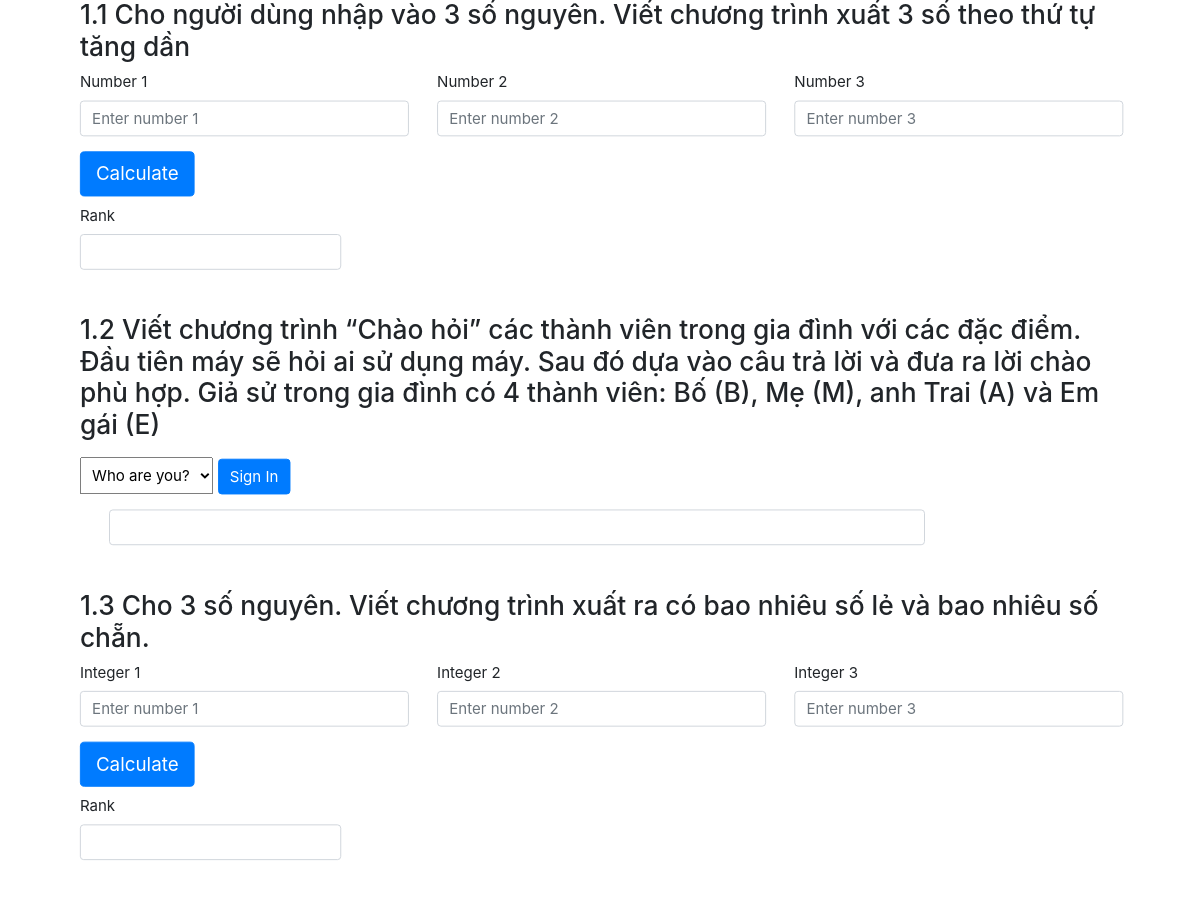
Repository: baobaodeveloper/bootscamp21__jsbasic__HuynhAnhBao
Page: index.html
The author's editor kept a copy of each file at every save. The page is drawn from the files as they stood at one save, then again after the next save.
The browser window is 1280 px wide. The pictures show the whole page, at 94% of full size.

Above is the page before, as saved 2022-03-10 18:49:33.

### index.html
<!DOCTYPE html>
<html lang="en">
  <head>
    <title>javaScript basic</title>
    <!-- Required meta tags -->
    <meta charset="utf-8" />
    <meta
      name="viewport"
      content="width=device-width, initial-scale=1, shrink-to-fit=no"
    />

    <!-- Bootstrap CSS -->
    <link
      rel="stylesheet"
      href="https://stackpath.bootstrapcdn.com/bootstrap/4.3.1/css/bootstrap.min.css"
      integrity="sha384-ggOyR0iXCbMQv3Xipma34MD+dH/1fQ784/j6cY/iJTQUOhcWr7x9JvoRxT2MZw1T"
      crossorigin="anonymous"
    />
  </head>
  <body>
    <!-- Cho người dùng nhập vào 3 số nguyên. Viết chương trình xuất 3 số theo thứ tự tăng dần -->
    <div class="container mb-xl-5">
      <h3>
        1.1 Cho người dùng nhập vào 3 số nguyên. Viết chương trình xuất 3 số
        theo thứ tự tăng dần
      </h3>

      <div class="row">
        <div class="col">
          <label class="form-label">Number 1</label>
          <input
            type="text"
            class="form-control num1"
            placeholder="Enter number 1"
          />
        </div>
        <div class="col">
          <label class="form-label">Number 2</label>
          <input
            type="number"
            class="form-control num2"
            placeholder="Enter number 2"
          />
        </div>
        <div class="col">
          <label class="form-label">Number 3</label>
          <input
            type="number"
            class="form-control num3"
            placeholder="Enter number 3"
          />
        </div>
      </div>

      <button type="button " class="btn btn-primary btn-lg mt-3 mb-2 btn-rank">
        Calculate
      </button>

      <div class="mt-3 m-auto">
        <label class="form-label">Rank</label>
        <input type="text" class="form-control w-25 result1" />
      </div>
    </div>

    <!-- Viết chương trình “Chào hỏi” các thành viên trong gia đình với các đặc điểm. Đầu tiên máy
    sẽ hỏi ai sử dụng máy. Sau đó dựa vào câu trả lời và đưa ra lời chào phù hợp. Giả sử trong
    gia đình có 4 thành viên: Bố (B), Mẹ (M), anh Trai (A) và Em gái (E) -->
    <div class="container mb-5">
      <h3 class="mb-3">
        1.2 Viết chương trình “Chào hỏi” các thành viên trong gia đình với các
        đặc điểm. Đầu tiên máy sẽ hỏi ai sử dụng máy. Sau đó dựa vào câu trả lời
        và đưa ra lời chào phù hợp. Giả sử trong gia đình có 4 thành viên: Bố
        (B), Mẹ (M), anh Trai (A) và Em gái (E)
      </h3>

      <select class="form-select p-2" aria-label="Default select example">
        <option selected>Who are you?</option>
        <option value="M">M</option>
        <option value="B">B</option>
        <option value="A">A</option>
        <option value="E">E</option>
      </select>

      <button type="button" class="btn btn-primary btn-sign-in">Sign In</button>

      <div class="m-3 row">
        <div class="col-sm-10">
          <input
            type="text"
            class="form-control output-sign-in"
            id="inputPassword"
          />
        </div>
      </div>
    </div>

    <!--  1.3 Cho 3 số nguyên. Viết chương trình xuất ra có bao nhiêu số lẻ và bao nhiêu số chẵn.-->
    <div class="container mb-xl-5">
      <h3>
        1.3 Cho 3 số nguyên. Viết chương trình xuất ra có bao nhiêu số lẻ và bao
        nhiêu số chẵn.
      </h3>

      <div class="row">
        <div class="col">
          <label class="form-label">Integer 1</label>
          <input
            type="text"
            class="form-control num1"
            placeholder="Enter number 1"
          />
        </div>
        <div class="col">
          <label class="form-label">Integer 2</label>
          <input
            type="number"
            class="form-control num2"
            placeholder="Enter number 2"
          />
        </div>
        <div class="col">
          <label class="form-label">Integer 3</label>
          <input
            type="number"
            class="form-control num3"
            placeholder="Enter number 3"
          />
        </div>
      </div>

      <button type="button " class="btn btn-primary btn-lg mt-3 mb-2 btn-rank">
        Calculate
      </button>

      <div class="mt-3 m-auto">
        <label class="form-label">Rank</label>
        <input type="text" class="form-control w-25 result1" />
      </div>
    </div>

    <!-- Optional JavaScript -->
    <!-- jQuery first, then Popper.js, then Bootstrap JS -->
    <script
      src="https://code.jquery.com/jquery-3.3.1.slim.min.js"
      integrity="sha384-q8i/X+965DzO0rT7abK41JStQIAqVgRVzpbzo5smXKp4YfRvH+8abtTE1Pi6jizo"
      crossorigin="anonymous"
    ></script>
    <script
      src="https://cdnjs.cloudflare.com/ajax/libs/popper.js/1.14.7/umd/popper.min.js"
      integrity="sha384-UO2eT0CpHqdSJQ6hJty5KVphtPhzWj9WO1clHTMGa3JDZwrnQq4sF86dIHNDz0W1"
      crossorigin="anonymous"
    ></script>
    <script
      src="https://stackpath.bootstrapcdn.com/bootstrap/4.3.1/js/bootstrap.min.js"
      integrity="sha384-JjSmVgyd0p3pXB1rRibZUAYoIIy6OrQ6VrjIEaFf/nJGzIxFDsf4x0xIM+B07jRM"
      crossorigin="anonymous"
    ></script>

    <!-- <script src="exercise1.js"></script> -->
    <!-- <script src="exercise2.js"></script> -->
    <script src="exercise3.js"></script>
  </body>
</html>

Loaded but not shown: exercise3.js (no stored copy; drawn as an empty file)

After the next save:
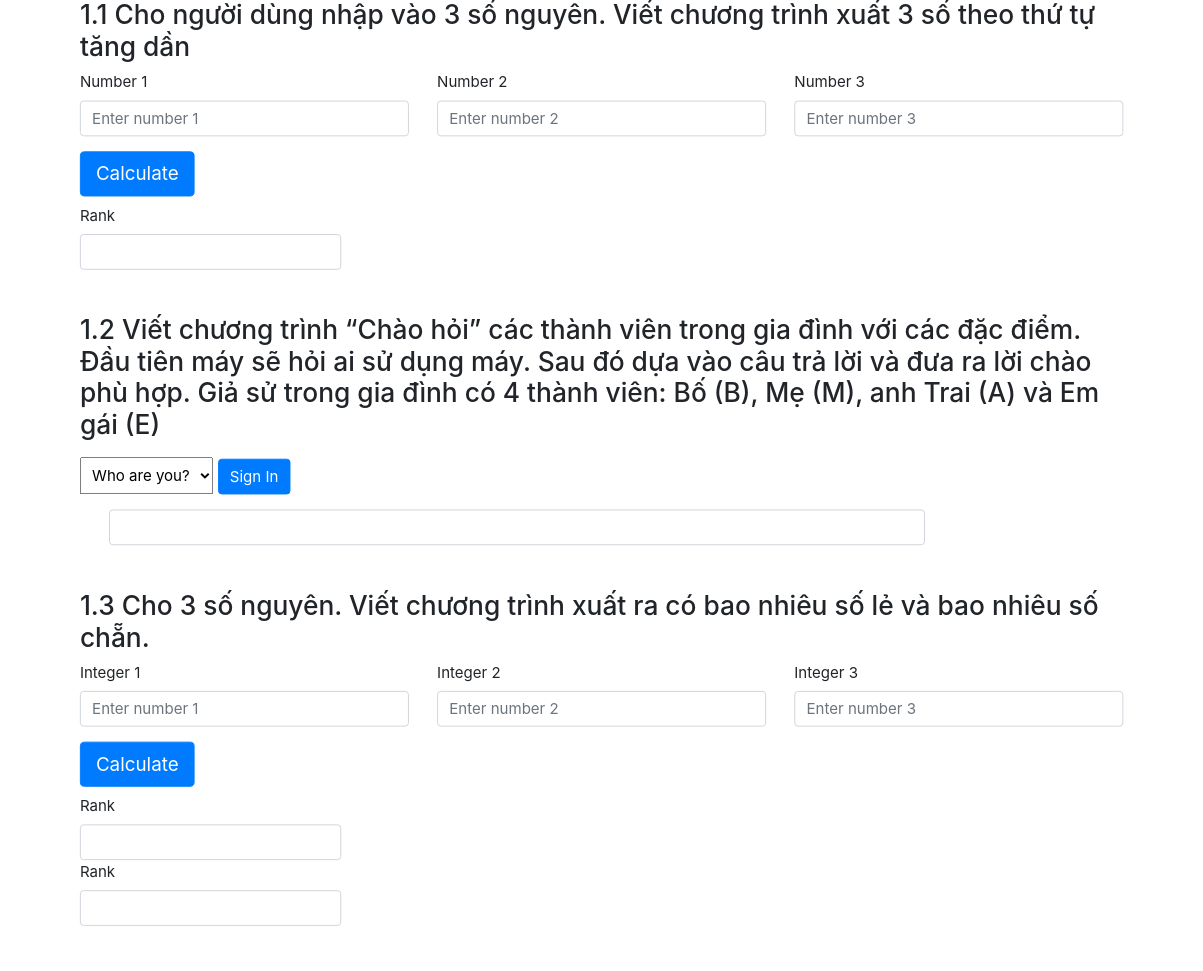
Saved 44 s later.
--- a/index.html
+++ b/index.html
@@ -134,7 +134,11 @@
 
       <div class="mt-3 m-auto">
         <label class="form-label">Rank</label>
-        <input type="text" class="form-control w-25 result1" />
+        <input type="text" class="form-control w-25 outputOdd" />
+      </div>
+      <div class="mt-3 m-auto">
+        <label class="form-label">Rank</label>
+        <input type="text" class="form-control w-25 outputEven" />
       </div>
     </div>
 
